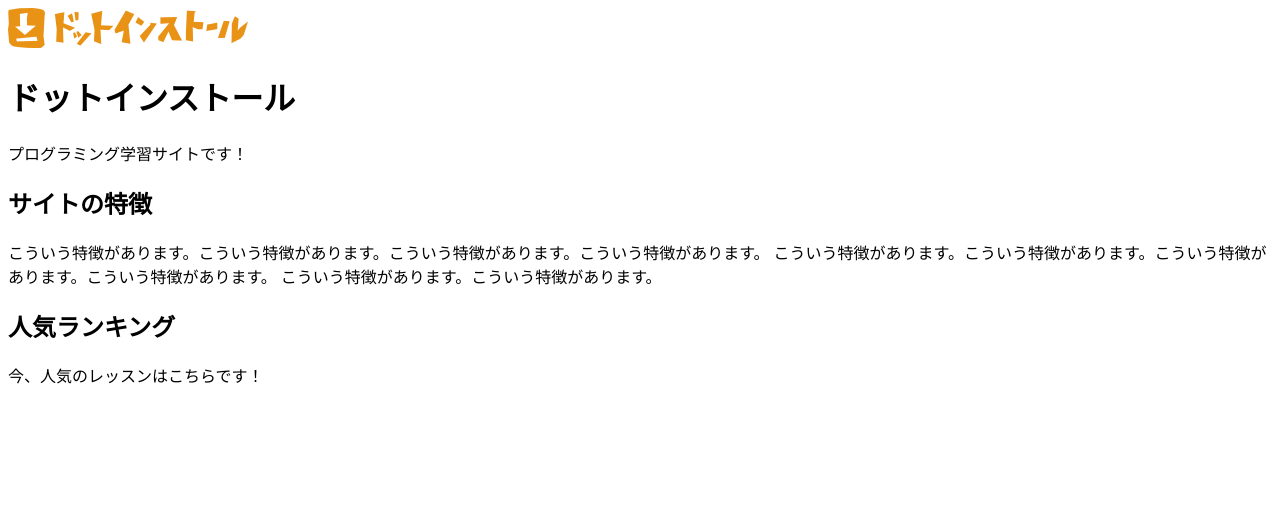
Repository: kojimayu/dotinstall-html
Page: index.html
These files come from the project's save history. The page is drawn as it stood at one moment and after the next save; the edit follows.
The browser window is 1280 px wide. The pictures show the whole page.

Above is the page before, as saved 2019-04-04 14:47:31.

### index.html
<!DOCTYPE html>
<html lang="ja">

<head>
    <meta charset="UTF-8">
    <title>ドットインストール</title>
    <meta name="description" content="プログラミング学習サイトのドットインストールです。">
    <link rel="icon" href="img/favicon.ico">
</head>

<body>
    <img src="img/logo.png" alt="ドットインストールのロゴです" width="240" height="40">
    <h1>ドットインストール</h1>
    <p>プログラミング学習サイトです！</p>

    <h2>サイトの特徴</h2>
    <p>こういう特徴があります。こういう特徴があります。こういう特徴があります。こういう特徴があります。
        こういう特徴があります。こういう特徴があります。こういう特徴があります。こういう特徴があります。
        こういう特徴があります。こういう特徴があります。
    </p>

    <h2>人気ランキング</h2>
    <p>今、人気のレッスンはこちらです！</p>
</body>

</html>

After the next save:
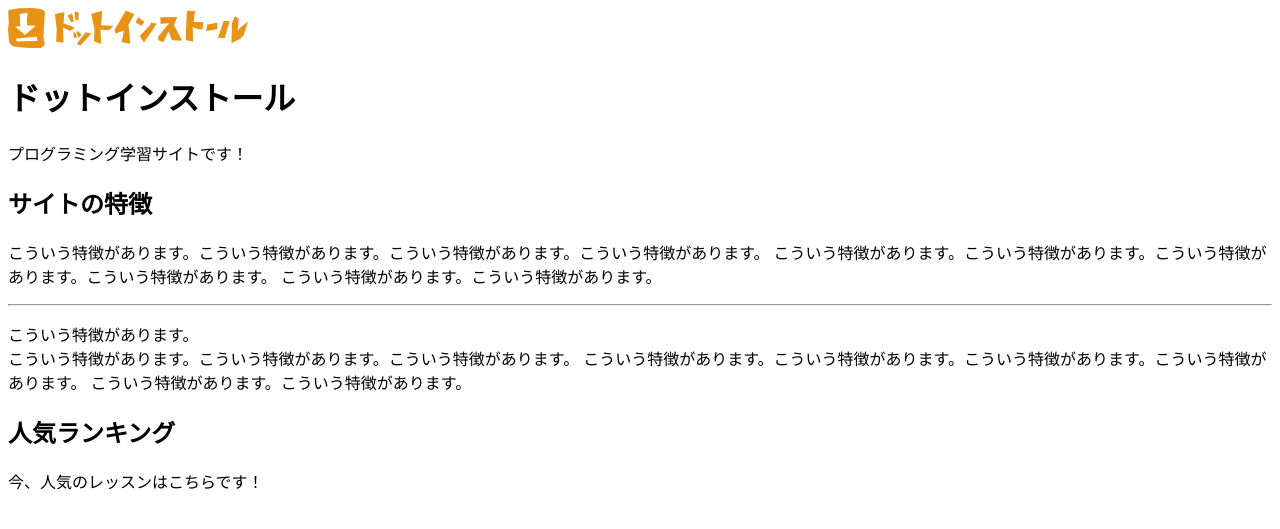
Saved 85 s later.
--- a/index.html
+++ b/index.html
@@ -18,6 +18,11 @@
         こういう特徴があります。こういう特徴があります。こういう特徴があります。こういう特徴があります。
         こういう特徴があります。こういう特徴があります。
     </p>
+    <hr>
+    <p>こういう特徴があります。<br>こういう特徴があります。こういう特徴があります。こういう特徴があります。
+        こういう特徴があります。こういう特徴があります。こういう特徴があります。こういう特徴があります。
+        こういう特徴があります。こういう特徴があります。
+    </p>
 
     <h2>人気ランキング</h2>
     <p>今、人気のレッスンはこちらです！</p>
